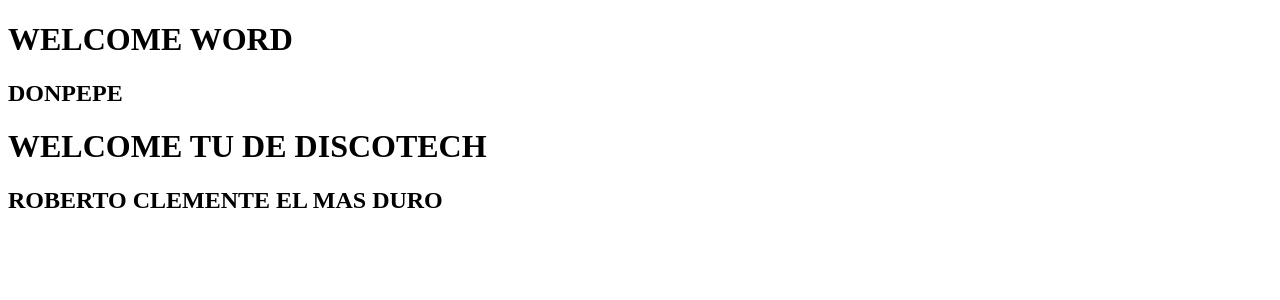
Repository: AtoCoder/atontest
Page: web.html
An editor plug-in stored every save of this project. The page is shown before and after the next save, followed by the edit.
The browser window is 1280 px wide. The pictures show the whole page.

Above is the page before, as saved 2024-06-24 16:17:23.

After the next save:
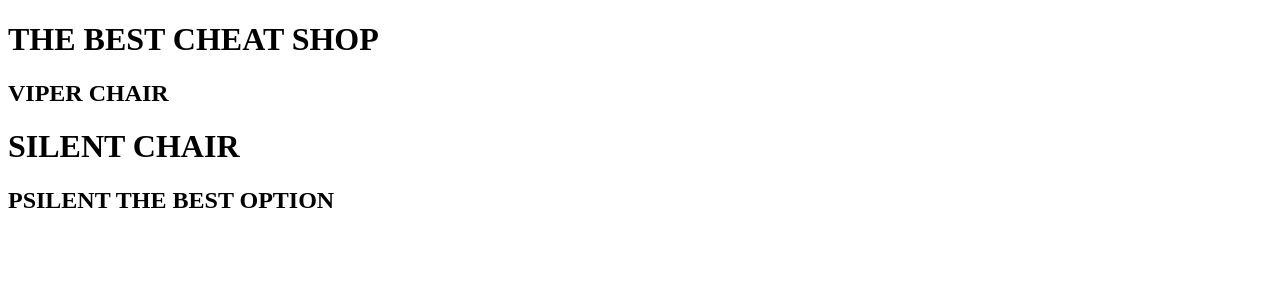
Saved 61 min 56 s later.
--- a/web.html
+++ b/web.html
@@ -2,14 +2,14 @@
 <html>
 <head>
 
-    <title> My Web</title>
-    <h1> WELCOME WORD</h1>
-    <h2> DONPEPE</h2>
+    <title> ATO STORE</title>
+    <h1> THE BEST CHEAT SHOP </h1>
+    <h2> VIPER CHAIR</h2>
 </head>
 <body>
 <div>
-    <h1> WELCOME TU DE DISCOTECH</h1>
-<h2> ROBERTO CLEMENTE EL MAS DURO</h2>
+    <h1> SILENT CHAIR</h1>
+<h2> PSILENT THE BEST OPTION</h2>
 
 </div>
 
